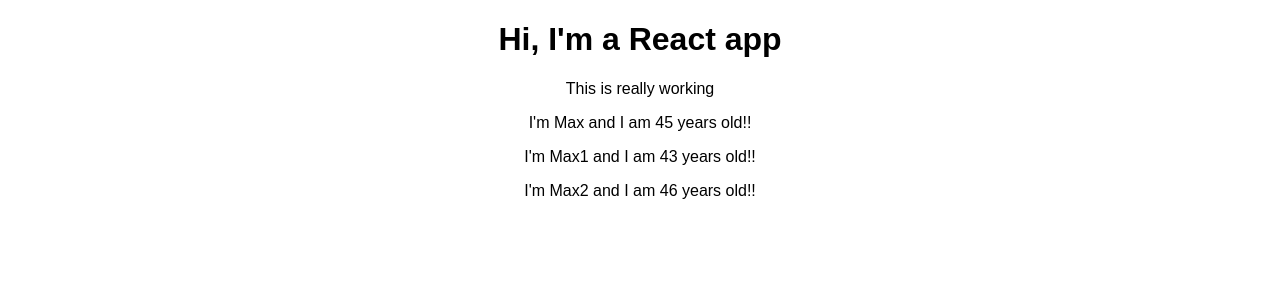
Repository: cristinadoroftei/FirstReactProject
Page: /
The author's editor kept a copy of each file at every save. The page is drawn from the files as they stood at one save, then again after a run of saves.
The browser window is 1280 px wide. The pictures show the whole page.
The project was rebuilt for these pictures with package versions that can differ from the ones it lists, and the page was loaded fresh each time.

Above is the page before, as saved 2020-07-08 09:48:43.

### src/App.js
//import React which is responsible for rendering things in the DOM and Component to extend the Component class
import React, { Component } from 'react';
import './App.css';
import Person from './Person/Person.js'


class App extends Component {
  render() {
    return (
      <div className="App">
        <h1>Hi, I'm a React app</h1>
        <p>This is really working</p>
        <Person name= "Max" age="45"/>
        <Person name= "Max1" age="43">My Hobbies: Climbing</Person>
        <Person name= "Max2" age="46"/>
      </div>
    );
    // return React.createElement('div', null, React.createElement('h1', {className: 'App'}, 'Hi, Im a react app!') )
  }
}

export default App;

### src/Person/Person.js
import React from 'react';


const person = (props) => {
    return (
        <div>
            <p>I'm {props.name}  and I am {props.age} years old!!</p>
        </div>

    )
};


export default person;

Loaded but not shown: public/index.html (common file); src/index.js (common file); src/index.css (common file); src/registerServiceWorker.js (common file); src/App.css (common file)

After the next 5 saves:
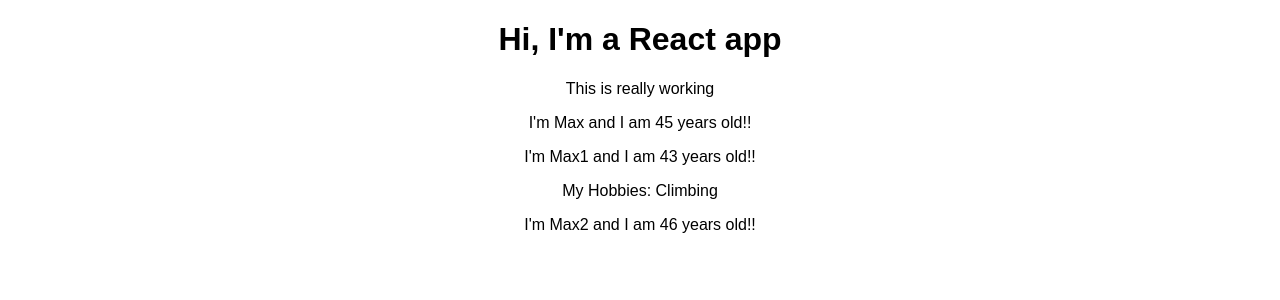
The 5 saves are shown as one change because 1 did not build or start and some came seconds apart.
The last was saved 27 s later.
--- a/src/Person/Person.js
+++ b/src/Person/Person.js
@@ -5,6 +5,7 @@ const person = (props) => {
     return (
         <div>
             <p>I'm {props.name}  and I am {props.age} years old!!</p>
+            <p>{props.children}</p>
         </div>
 
     )
